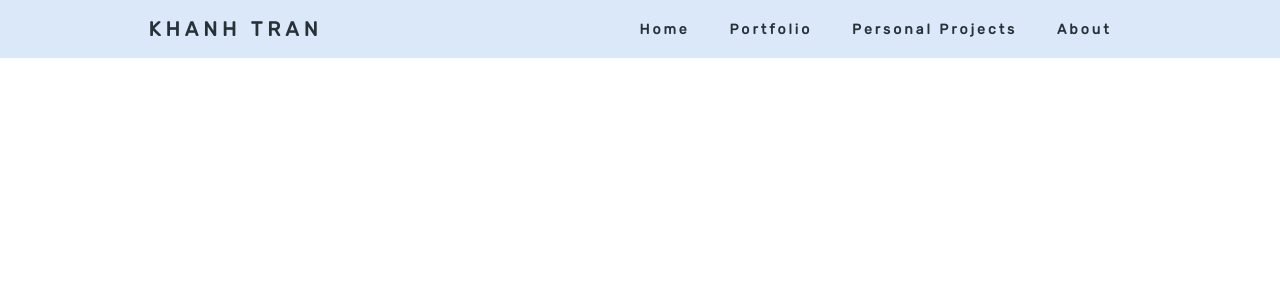
Repository: KTPo/KTPo.github.io
Page: index.html
The author's editor kept a record of every edit. The page is drawn from the files as they stood at one moment, then again after the next edit.
The browser window is 1280 px wide. The pictures show the whole page.

Above is the page before.

### index.html
<!DOCTYPE html>
<html>
    <head>
        <title>Welcome | Khanh's Webpage</title>
        <link rel='icon' href='./previewImages/puzzle.png' type='image/x-icon'/ >
        <link href="https://fonts.googleapis.com/css2?family=Rubik&display=swap" rel="stylesheet">
        <link rel="stylesheet" type="text/css" href="style.css">

        <meta name = "viewport" content = "width=device-width">
        <meta name="description" content="Personal Website">
        <meta name="keywords" content="khanhtran, khanhtranCV">
        <meta name="author" content="Khanh Tran">



    </head>
    <body>
        <header>
            <nav>
                <div class = "logo">
                    <h4>Khanh Tran</h4>
                </div>
                <ul class = "nav-links">
                    <li class = "active"><a href = "index.html">Home</a></li>
                    <li><a href = "portfolio.html">Portfolio</a></li>
                    <li><a href = "personalproj.html">Personal Projects</a></li>
                    <li><a href = "about.html">About</a></li>
                </ul>
                <div class = "burger">
                    <div class = "line1"></div>
                    <div class = "line2"></div>
                    <div class = "line3"></div>
                </div>

            </nav>

        </header>


        <script src = "app.js" type='text/javascript'></script>

        <!--<footer>
            <p>Khanh Tran, Copyright &copy;2019</p>
        </footer>-->
    </body>
</html>



<!--- add sticky bar for music???? --->

### style.css
*{
    margin:0px;
    padding:0px;
    box-sizing:border-box;
}
/* nav bar */
nav{
    display:flex;
    justify-content:space-around;
    align-items:center;
    min-height:8vh;
    font-family: 'Rubik', sans-serif;
    background-color:#dbe8f9;
}

.logo{
    color:#273138;
    text-transform: uppercase;
    letter-spacing:5px;
    font-size:20px;
}

.nav-links{
    display:flex;
    justify-content:space-around;
    width:40%;
}

.nav-links li{
    list-style:none;
}

.nav-links a{
    color:#273138;
    text-decoration:none;
    letter-spacing:3px;
    font-weight:bold;
    font-size:14px;
}

.burger{
    display:none;
    cursor:pointer;
}

.burger div{
    width:30px;
    height: 3px;
    background-color:#273138;
    margin:5px;
    transition:all 0.3s ease;
}

@media screen and (max-width:1024px){
    .nav-links{
        display:flex;
        justify-content:space-around;
        width:60%;
    }
}

@media screen and (max-width:768px){
    body{
        overflow-x:hidden;
    }
    .nav-links{
        position: absolute;
        right:0px;
        height:92vh;
        top:8vh;
        background-color:#dbe8f9;
        display:flex;
        flex-direction:column;
        align-items:center;
        width:50%;
        transform:translateX(100%);
        transition: 0.5s ease-in;

    }
    .nav-links li{
        opacity:0;
    }
    .burger{
        display:block;
    }
}

.nav-active{
    transform:translateX(0%);
}

@keyframes navLinkFade{
    from{
        opacity:0;
        transform:translateX(50px);
    }
    to{
        opacity:1;
        transform:translateX(0px);
    }
}

.toggle .line1{
    transform:rotate(-45deg) translate(-5px,6px);
}
.toggle .line2{
    opacity:0;
}
.toggle .line3{
    transform:rotate(45deg) translate(-5px,-6px);
}

/* end nav bar*/

Loaded but not shown: app.js (no copy from this time; the picture is the same without it)

After the next edit:
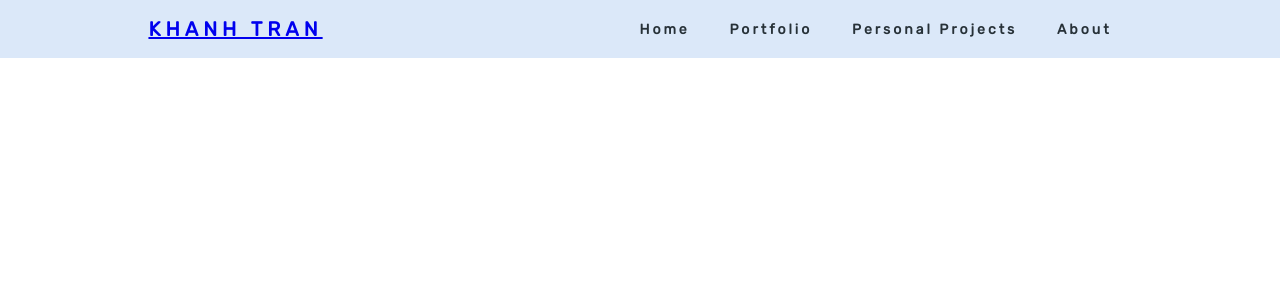
The edit:
--- a/index.html
+++ b/index.html
@@ -18,7 +18,7 @@
         <header>
             <nav>
                 <div class = "logo">
-                    <h4>Khanh Tran</h4>
+                    <h4><a href = "index.html">Khanh Tran</a></h4>
                 </div>
                 <ul class = "nav-links">
                     <li class = "active"><a href = "index.html">Home</a></li>
